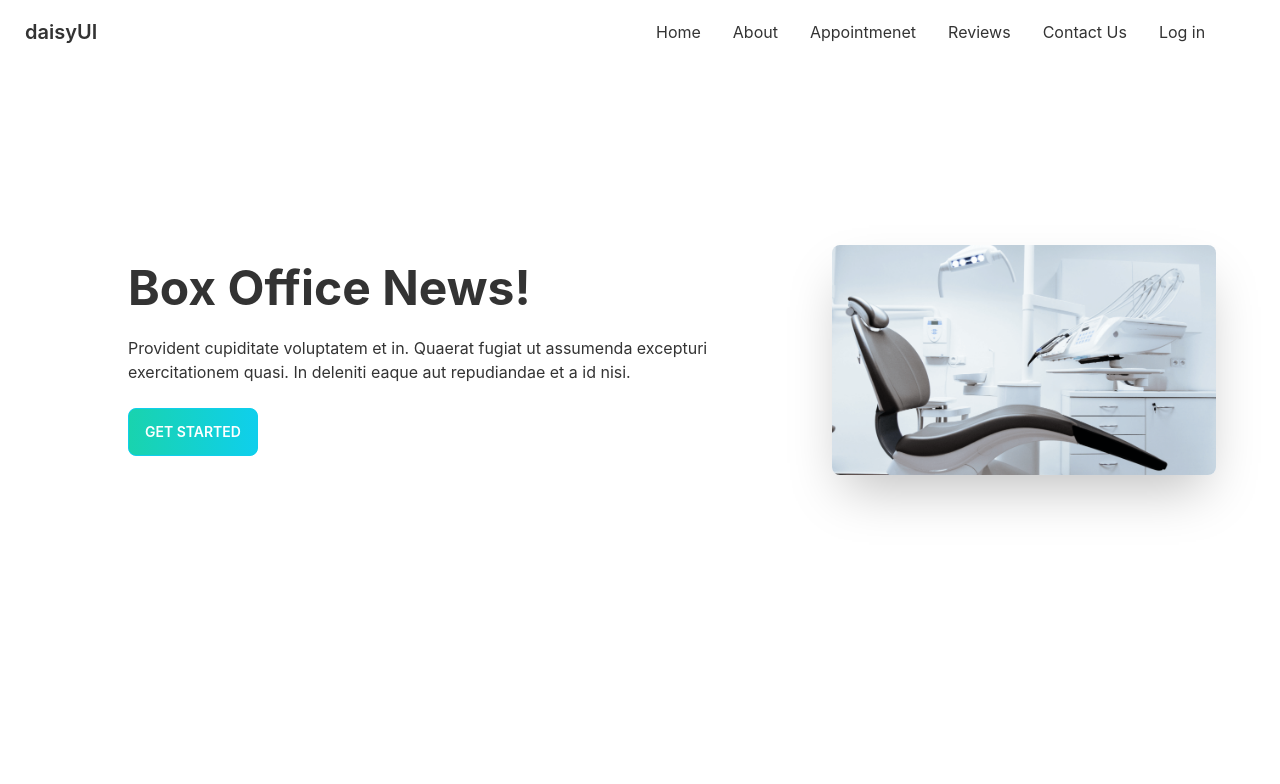
Repository: Tanvir3744/Doctors-client-website
Page: /
These files come from the project's save history. The page is drawn as it stood at one moment and after the next save; the edit follows.
The browser window is 1280 px wide. The pictures show the whole page.
The project was rebuilt for these pictures with package versions that can differ from the ones it lists, and the page was loaded fresh each time. Also part of the build but not shown: src/Pages/About/About.js, src/Pages/Login/Login.js, src/Pages/NotFound/NotFound.js.

Above is the page before, as saved 2022-05-25 01:54:12.

### src/App.js
import { Routes, Route } from 'react-router-dom'
import About from './Pages/About/About';
import Home from './Pages/Home/Home';
import Login from './Pages/Login/Login';
import NotFound from './Pages/NotFound/NotFound';
import Navbar from './Pages/Shared/Navbar';
function App() {
  return (
    <div className="App">
      <Navbar></Navbar>
      <Routes>
        <Route path='/' element={<Home />}></Route>
        <Route path='/home' element={<Home />}></Route>
        <Route path='/about' element={<About />}></Route>
        <Route path='/login' element={<Login />}></Route>
        <Route path='*' element={<NotFound />}></Route>
      </Routes>
    </div>
  );
}

export default App;

### src/Pages/Home/Home.js
import React from 'react';
import Banner from './Banner/Banner';

const Home = () => {
    return (
        <div>
            <Banner />
        </div>
    );
};

export default Home;

### src/Pages/Shared/Navbar.js
import React from 'react';
import { Link } from 'react-router-dom';

const Navbar = () => {
    //menu items stored here
    const menuItems = <>
        <li><Link to="/">Home</Link></li>
        <li><Link to="/about">About</Link></li>
        <li><Link to="/appointment">Appointmenet</Link></li>
        <li><Link to="/reviews">Reviews</Link></li>
        <li><Link to="/contact">Contact Us</Link></li>
        <li><Link to="/login">Log in </Link></li>
    </>
    return (
        <div>
            <div class="navbar bg-base-100">
                <div class="navbar-start">
                    <div class="dropdown">
                        <label tabindex="0" class="btn btn-ghost lg:hidden">
                            <svg xmlns="http://www.w3.org/2000/svg" class="h-5 w-5" fill="none" viewBox="0 0 24 24" stroke="currentColor"><path stroke-linecap="round" stroke-linejoin="round" stroke-width="2" d="M4 6h16M4 12h8m-8 6h16" /></svg>
                        </label>
                        <ul tabindex="0" class="menu menu-compact dropdown-content mt-3 p-2 shadow bg-base-100 rounded-box w-52">
                           {menuItems}
                        </ul>
                    </div>
                    <Link to='/' class="btn btn-ghost normal-case text-xl">daisyUI</Link>
                </div>
                <div class="navbar-center hidden lg:flex">
                    <ul class="menu menu-horizontal p-0">
                        {menuItems}
                    </ul>
                </div>
            </div>
        </div>
    );
};

export default Navbar;

### src/Pages/Home/Banner/Banner.js
import React from 'react';
import chair from '../../../assets/images/chair.png'
const Banner = () => {
    return (
        <div>
            <div class="hero min-h-screen px-12">
                <div class="hero-content flex-col lg:flex-row-reverse -mt-32">
                    <img src={chair} class="max-w-sm rounded-lg shadow-2xl" />
                    <div className='px-16'>
                        <h1 class="text-5xl font-bold">Box Office News!</h1>
                        <p class="py-6">Provident cupiditate voluptatem et in. Quaerat fugiat ut assumenda excepturi exercitationem quasi. In deleniti eaque aut repudiandae et a id nisi.</p>
                        <button class="btn btn-primary text-white rounded-lg bg-gradient-to-r from-secondary to-primary">Get Started</button>
                    </div>
                </div>
            </div>
        </div>
    );
};

export default Banner;

### tailwind.config.js
module.exports = {
  content: ["./src/**/*.{html,js}"],
  theme: {
    extend: {},
  },
  daisyui: {
    themes: [
      {

        mytheme: {
          primary: "#0FCFEC",
          secondary: "#19D3AE",
          neutral: "#3d4451",
          darkis : "#3A4256",
          accent: "#37cdbe",
          "base-100": "#ffffff",
        },
      },
      "cupcake",
    ],
  },
  plugins: [require("daisyui")],
}

Loaded but not shown: public/index.html (common file); src/index.js (common file); src/index.css (common file); src/reportWebVitals.js (common file)

After the next save:
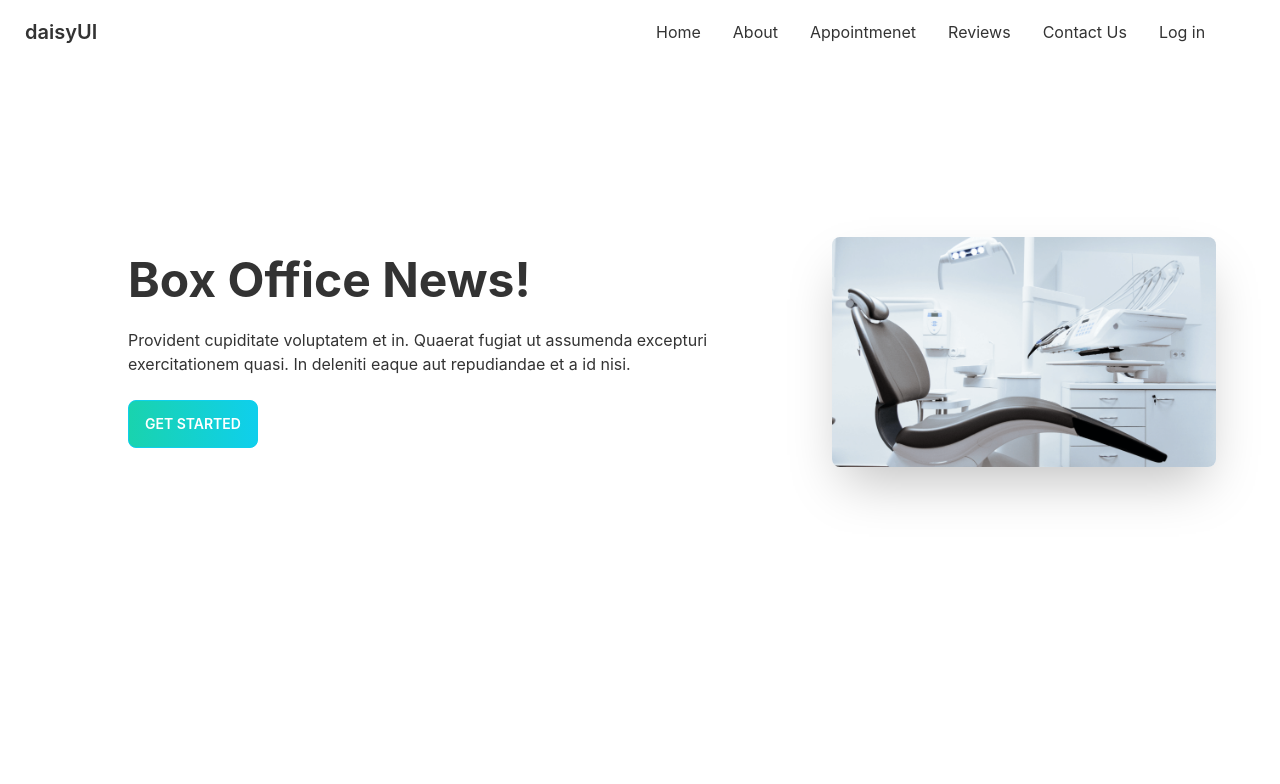
Saved 62 s later.
--- a/src/Pages/Home/Banner/Banner.js
+++ b/src/Pages/Home/Banner/Banner.js
@@ -4,7 +4,7 @@ const Banner = () => {
     return (
         <div>
             <div class="hero min-h-screen px-12">
-                <div class="hero-content flex-col lg:flex-row-reverse -mt-32">
+                <div class="hero-content flex-col lg:flex-row-reverse -mt-36">
                     <img src={chair} class="max-w-sm rounded-lg shadow-2xl" />
                     <div className='px-16'>
                         <h1 class="text-5xl font-bold">Box Office News!</h1>
